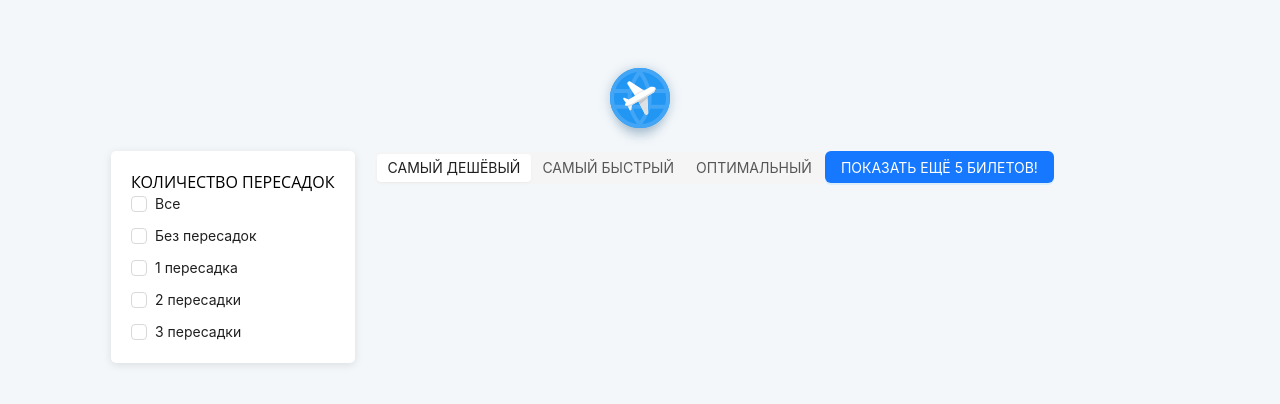
Repository: Dedoxa/aviasalesTickets
Page: /
These files come from the project's save history. The page is drawn as it stood at one moment and after the next save; the edit follows.
The browser window is 1280 px wide. The pictures show the whole page.
The project was rebuilt for these pictures with package versions that can differ from the ones it lists, and the page was loaded fresh each time. Also part of the build but not shown: vite.config.js.

Above is the page before, as saved 2024-10-19 16:26:53.

### index.html
<!doctype html>
<html lang="en">
  <head>
    <meta charset="UTF-8" />
    <meta name="viewport" content="width=device-width, initial-scale=1.0" />
    <title>AviasalesTickets</title>
  </head>
  <body>
    <div id="root"></div>
    <script type="module" src="/src/main.jsx"></script>
  </body>
</html>

### src/main.jsx
import { StrictMode } from 'react';
import { createRoot } from 'react-dom/client';

import App from './App.jsx';

createRoot(document.getElementById('root')).render(
  <StrictMode>
    <App />
  </StrictMode>
);

### src/App.jsx
// import React from 'react';

import TransferFilters from './TransferFilters/TransferFilters.jsx';
import AppIcon from './AppIcon/AppIcon.jsx';
import PriceFilters from './PriceFilters/PriceFilters.jsx';
import ShowMoreButton from './ShowMoreButton/ShowMoreButton.jsx';
import classes from './App.module.scss';

function App() {
  return (
    <main className={classes.App}>
      <AppIcon />
      <div style={{ display: 'flex', gap: '20px' }}>
        <TransferFilters />
        <div className={classes.App['priceFiltersAndTicketsContainer']}>
          <PriceFilters />
          <ShowMoreButton />
        </div>
      </div>
    </main>
  );
}

export default App;

### src/TransferFilters/TransferFilters.jsx
import { Checkbox } from 'antd';

import { contentBox } from '../App.module.scss';

import classes from './TransferFilters.module.scss';

const TransferFilters = () => {
  return (
    <>
      <div className={contentBox}>
        <span className={classes.title}>КОЛИЧЕСТВО ПЕРЕСАДОК</span>
        <div className={classes.checkboxContainer}>
          <Checkbox>Все</Checkbox>
          <Checkbox>Без пересадок</Checkbox>
          <Checkbox>1 пересадка</Checkbox>
          <Checkbox>2 пересадки</Checkbox>
          <Checkbox>3 пересадки</Checkbox>
        </div>
      </div>
    </>
  );
};

export default TransferFilters;

### src/AppIcon/AppIcon.jsx
import classes from './AppIcon.module.scss';

const AppIcon = () => {
  return (
    <div className={classes.AppIcon}>
      <img src="/public/img/Logo.svg" alt="AviasalesIcon" />
    </div>
  );
};

export default AppIcon;

### src/PriceFilters/PriceFilters.jsx
import { Segmented } from 'antd';

const PriceFilters = () => {
  return <Segmented options={['САМЫЙ ДЕШЁВЫЙ', 'САМЫЙ БЫСТРЫЙ', 'ОПТИМАЛЬНЫЙ']} />;
};

export default PriceFilters;

### src/ShowMoreButton/ShowMoreButton.jsx
import { Button } from 'antd';

const ShowMoreButton = () => {
  return <Button type="primary">ПОКАЗАТЬ ЕЩЁ 5 БИЛЕТОВ!</Button>;
};

export default ShowMoreButton;

### src/App.module.scss
@font-face {
  font-family: 'Open Sans';
  src: url('https://fonts.googleapis.com/css2?family=Open+Sans:ital,wght@0,300..800;1,300..800&display=swap');
}

.contentBox {
    display: inline-block;
    font-family: 'Open Sans', sans-serif;
    background-color: #fff;
    border-radius: 5px;
    box-shadow: 0 2px 8px 0 rgba(0, 0, 0, 0.1);
    padding: 20px;
  }

body {
  background-color: #f3f7fa;
  padding: 50px 103px;
}

.App {
    .priceFiltersAndTicketsContainer {
        display: flex;
        flex-direction: column;
    }
}

### src/TransferFilters/TransferFilters.module.scss
.title {
  margin-bottom: 20px;
}

.checkboxContainer {
  display: flex;
  flex-direction: column;
  gap: 10px;
}

### src/AppIcon/AppIcon.module.scss
.AppIcon {
    text-align: center;
}

After the next save:
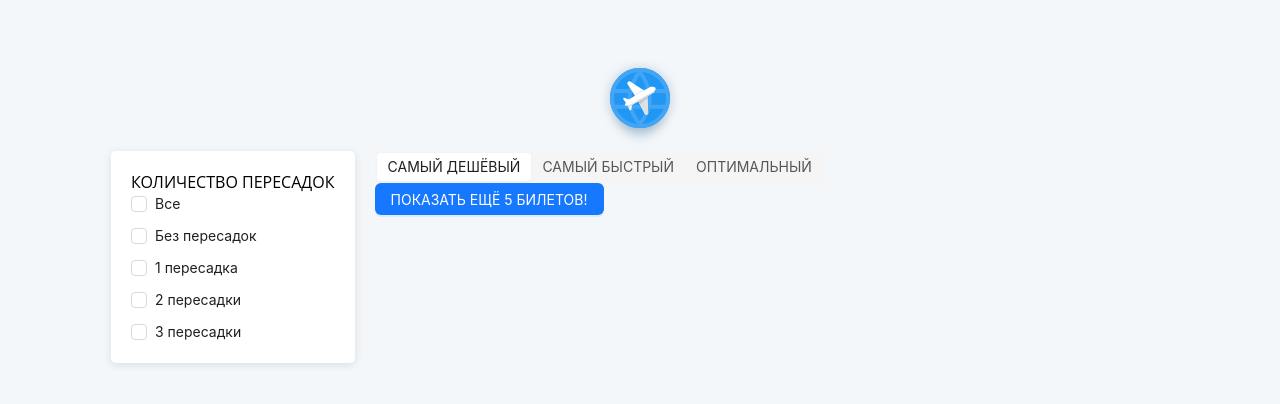
Saved 41 s later.
--- a/src/ShowMoreButton/ShowMoreButton.jsx
+++ b/src/ShowMoreButton/ShowMoreButton.jsx
@@ -1,7 +1,11 @@
 import { Button } from 'antd';
 
 const ShowMoreButton = () => {
-  return <Button type="primary">ПОКАЗАТЬ ЕЩЁ 5 БИЛЕТОВ!</Button>;
+  return (
+    <div className=''>
+      <Button type="primary">ПОКАЗАТЬ ЕЩЁ 5 БИЛЕТОВ!</Button>
+    </div>
+);
 };
 
 export default ShowMoreButton;
